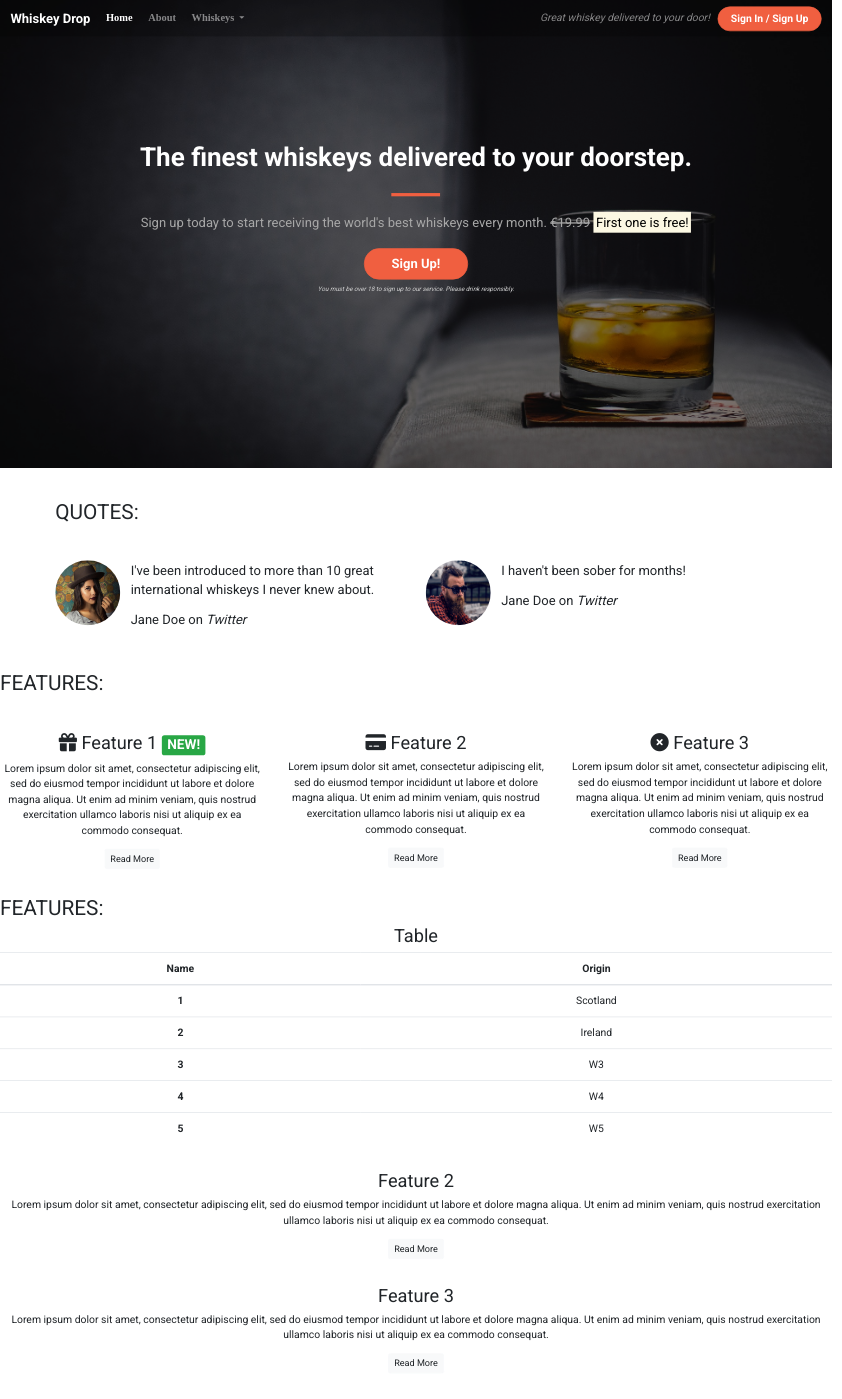
Repository: Coder731/blank_for_aws
Page: index2.html
The author's editor kept a record of every edit. The page is drawn from the files as they stood at one moment, then again after the next edit.
The browser window is 1280 px wide. The page is 1295 px wide, so the pictures cover 1295 px, including what lies to the right of the window. The pictures show the whole page, at 65% of full size.
Backgrounds fixed to the window are drawn as part of the page. Some web libraries are served in a nearby version.

Above is the page before.

After the next edit:
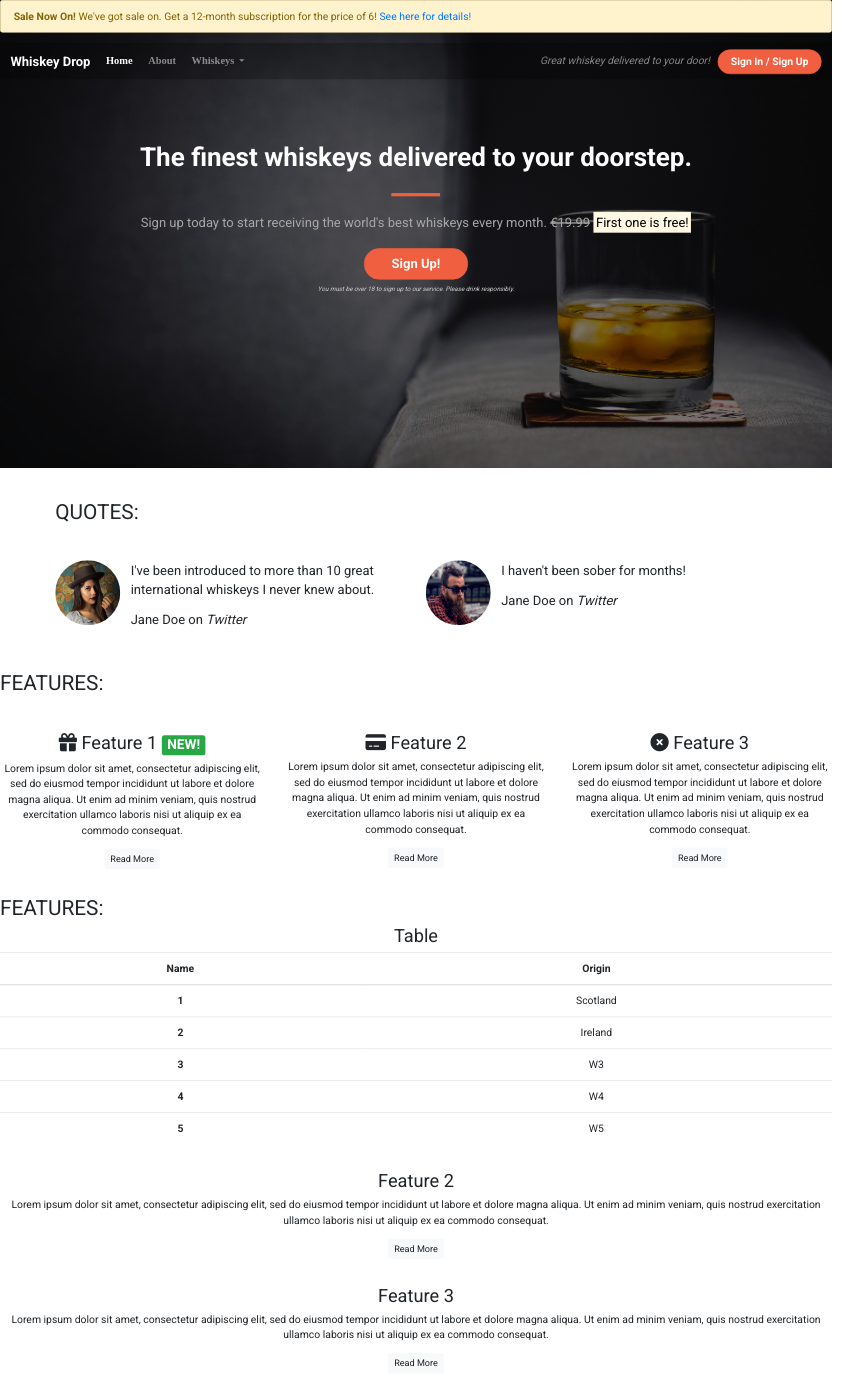
The edit:
--- a/index2.html
+++ b/index2.html
@@ -17,6 +17,15 @@
 
 <body>
     <div class="container-fluid navalert-container">
+        <div class="container-fluid alert-container">
+            <div class="row d-none d-sm-block">
+                <div class="col-12">
+                    <div class="font-effect-fire-animation alert alert-warning">
+                        <strong>Sale Now On!</strong> We've got sale on. Get a 12-month subscription for the price of 6! <a href="">See here for details!</a>
+                    </div>
+                </div>
+            </div>
+        </div>
         <nav class="navbar navbar-dark navbar-expand-sm">
             <a href="/" class="navbar-brand">Whiskey Drop</a>
 
